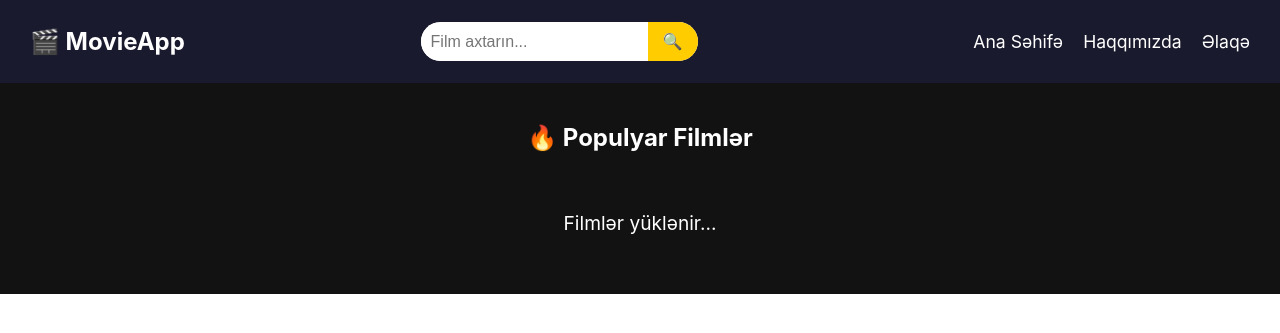
Repository: Zulfiyya077/InternIntelligence_MovieWebsite
Page: /
These files come from the project's save history. The page is drawn as it stood at one moment and after the next save; the edit follows.
The browser window is 1280 px wide. The pictures show the whole page.
The page's requests for data from a server got no answer. The project was rebuilt for these pictures with package versions that can differ from the ones it lists, and the page was loaded fresh each time. No one was signed in, and anything a server would have sent is missing. Also part of the build but not shown: vite.config.js, src/components/MovieCard.module.css, src/components/MovieCard.jsx, src/pages/MovieDetailsPage.jsx, src/pages/SearchResultsPage.module.css, src/pages/SearchResultsPage.jsx, src/pages/About.module.css, src/pages/About.jsx and 3 more.

Above is the page before, as saved 2025-02-24 00:41:21.

After the next save:
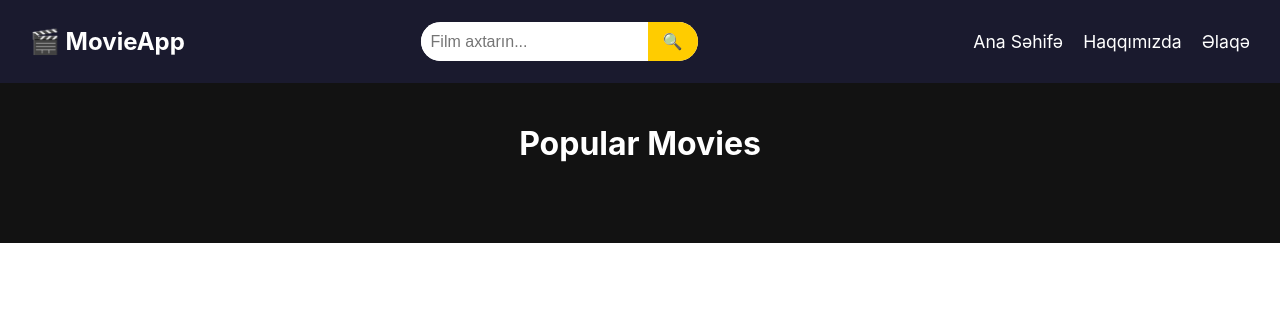
Saved 23 s later.
--- a/src/pages/Home.jsx
+++ b/src/pages/Home.jsx
@@ -1,5 +1,6 @@
+// src/pages/Home.jsx
 import React, { useState, useEffect } from 'react';
-import { getPopularMovies } from '../services/MovieService';
+import axios from 'axios';
 import MovieCard from '../components/MovieCard';
 import styles from './Home.module.css';
 
@@ -8,8 +9,14 @@ const Home = () => {
 
     useEffect(() => {
         const fetchMovies = async () => {
-            const data = await getPopularMovies();
-            setMovies(data.results);
+            try {
+                const response = await axios.get(
+                    'https://api.themoviedb.org/3/movie/popular?api_key=YOUR_API_KEY&language=en-US'
+                );
+                setMovies(response.data.results);
+            } catch (error) {
+                console.error('Error fetching movies:', error);
+            }
         };
 
         fetchMovies();
@@ -17,13 +24,11 @@ const Home = () => {
 
     return (
         <div className={styles.home}>
-            <h2>🔥 Populyar Filmlər</h2>
+            <h1>Popular Movies</h1>
             <div className={styles.movieList}>
-                {movies.length > 0 ? (
-                    movies.map((movie) => <MovieCard key={movie.id} movie={movie} />)
-                ) : (
-                    <p>Filmlər yüklənir...</p>
-                )}
+                {movies.map((movie) => (
+                    <MovieCard key={movie.id} movie={movie} />
+                ))}
             </div>
         </div>
     );
